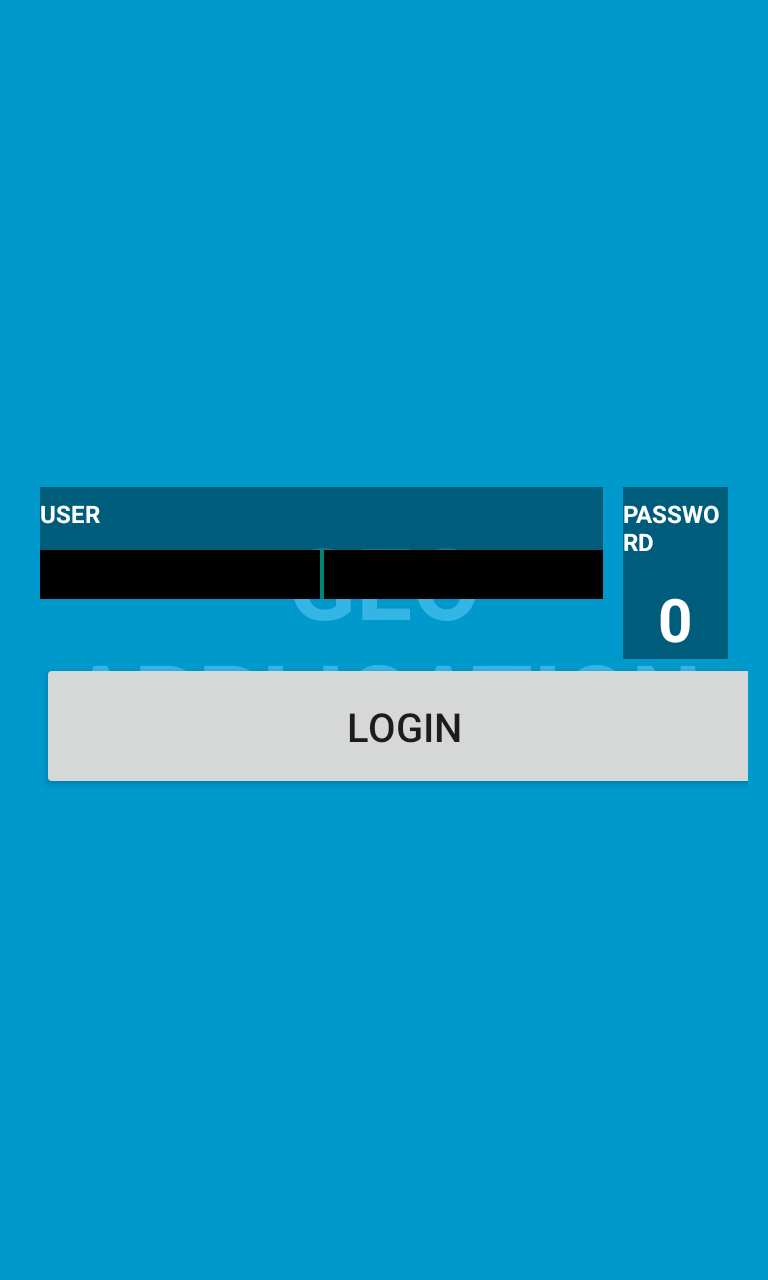
Repository: sebastianR1001/GeoApplication
Layout: GeoApplication/res/layout/login_fullscreen.xml
The author's editor kept a copy of each file at every save. The layout is drawn from the files as they stood at one save, then again after the next save.
It is drawn on a 768 x 1280 px phone screen (xhdpi) without system bars, with theme AppTheme; the app's code is not run.

Above is the layout before, as saved 2014-10-25 18:54:17.

After the next save:
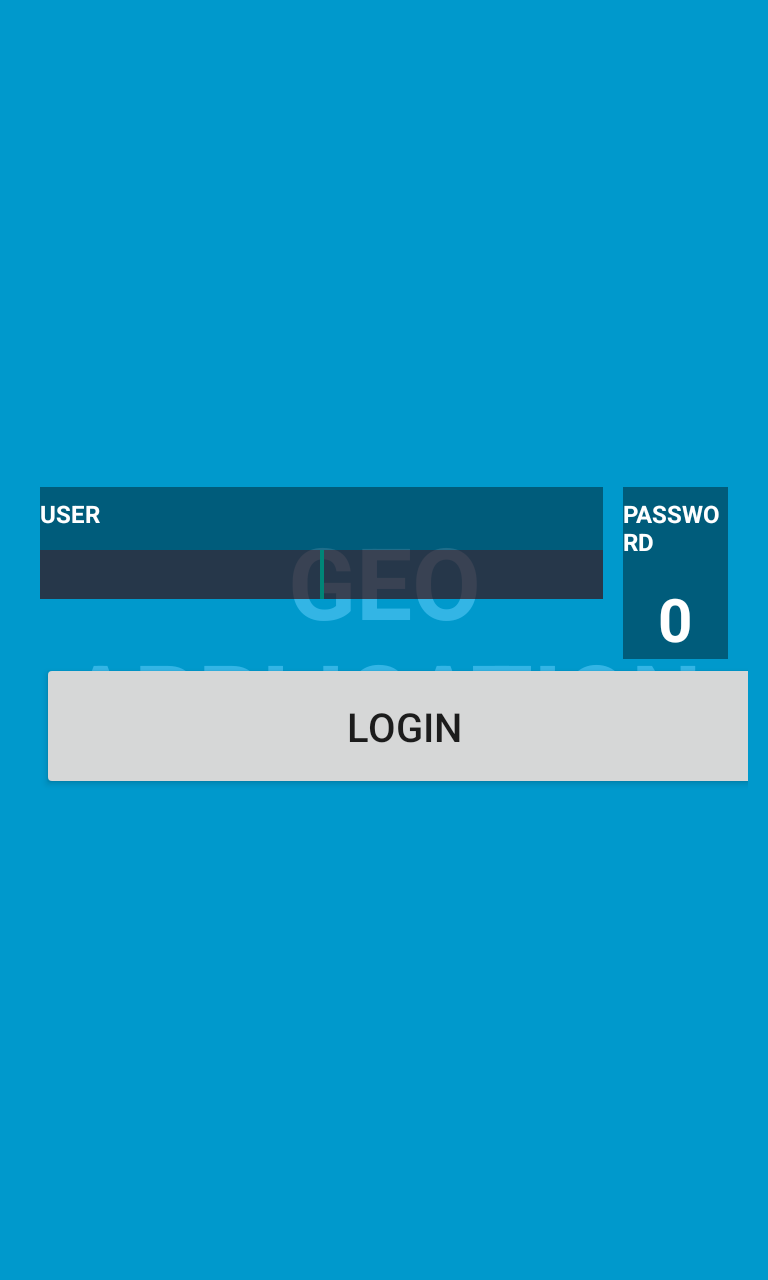
Saved 27 s later.
--- a/GeoApplication/res/values/colors.xml
+++ b/GeoApplication/res/values/colors.xml
@@ -1,6 +1,6 @@
 <resources>
 
     <color name="black_overlay">#66000000</color>
-    <color name="white_overlay">#ff000000</color>
+    <color name="white_overlay">#66600000</color>
 
 </resources>
